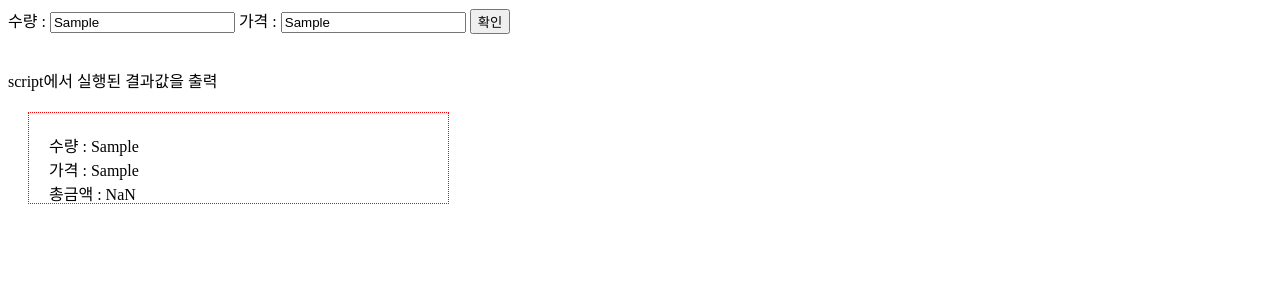
Repository: solsol7/ddit-html
Page: webpro/WebContent/0703/script1.html
These files come from the project's save history. The page is drawn as it stood at one moment and after the next save; the edit follows.
The browser window is 1280 px wide. The pictures show the whole page.
Empty fields were first filled with sample values (such as "Sample", 5 or name@example.com).
After loading, the first visible `input[onclick="calc()"]` was clicked once.

Above is the page before, as saved 2023-07-03 06:11:42.

### webpro/WebContent/0703/script1.html
<!DOCTYPE html>
<html>
<head>
<meta charset="UTF-8">
<title>Insert title here</title>
<script>
function calc(){
	//입력한 값 가져오기
	var vqty = document.getElementById('qty').value;
	var vprice = document.getElementById('price').value;

	var res= vqty * vprice;

	var str = "수량 : " + vqty + "<br>";
	str += "가격 : " + vprice + "<br>";
	str += "총금액 : " + res + "<br>";

	/* document.write(str);
	 ==> body태그의 내용들로 구성된 document가 구성됨=> 근데 이렇게쓰면 만들어진 기존 document는 없어지고 새로운 document가 만들어짐  */
	console.log(str);

	 var vresult = document.getElementById('result');

	 vresult.innerHTML = str;		/* <br>태그가 있어서 HTML */
}

</script>
<style>
div{
  border :1px dotted red;
  margin : 20px;
  padding : 20px;
  width : 30%;
  height : 50px;
}
</style>
</head>
<body>
수량 : <input type="text" id="qty">
가격 : <input type="text" id="price">
<input type="button" value="확인" onclick="calc()">	<!-- onclick = "alert('hello')" 인라인 스크립트 -->
													<!-- onclick = "calc()" 내부 스크립트 -->
<br>
<br>
<p>script에서 실행된 결과값을 출력</p>
<div id="result"></div>

</body>
</html>

After the next save:
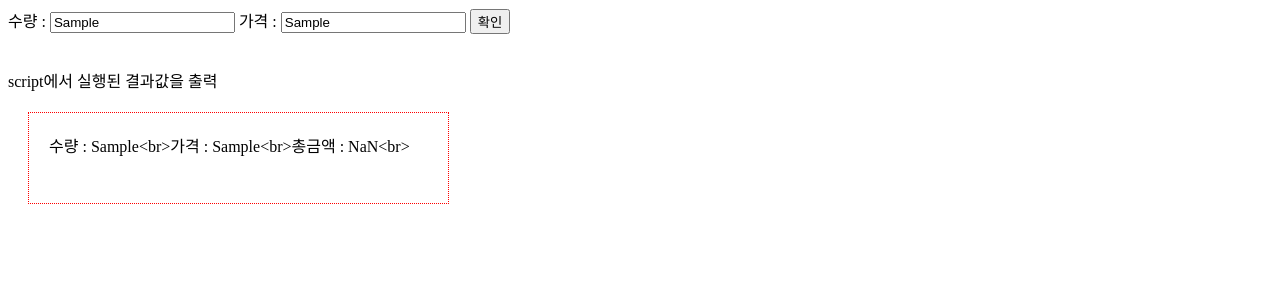
Saved 30 s later.
--- a/webpro/WebContent/0703/script1.html
+++ b/webpro/WebContent/0703/script1.html
@@ -21,7 +21,7 @@
 
 	 var vresult = document.getElementById('result');
 
-	 vresult.innerHTML = str;		/* <br>태그가 있어서 HTML */
+	 vresult.innerText = str;		/* <br>태그가 있어서 HTML */
 }
 
 </script>

After the save that followed:
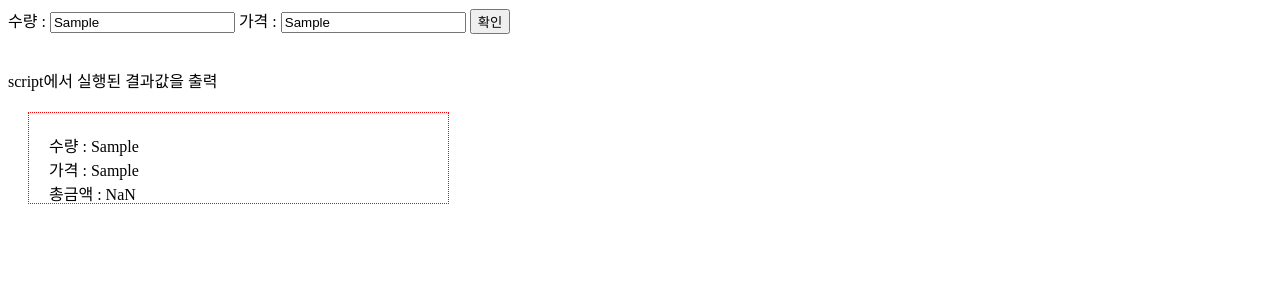
Saved 15 s later.
--- a/webpro/WebContent/0703/script1.html
+++ b/webpro/WebContent/0703/script1.html
@@ -21,7 +21,7 @@
 
 	 var vresult = document.getElementById('result');
 
-	 vresult.innerText = str;		/* <br>태그가 있어서 HTML */
+	 vresult.innerHTML = str;		/* <br>태그가 있어서 HTML */
 }
 
 </script>
